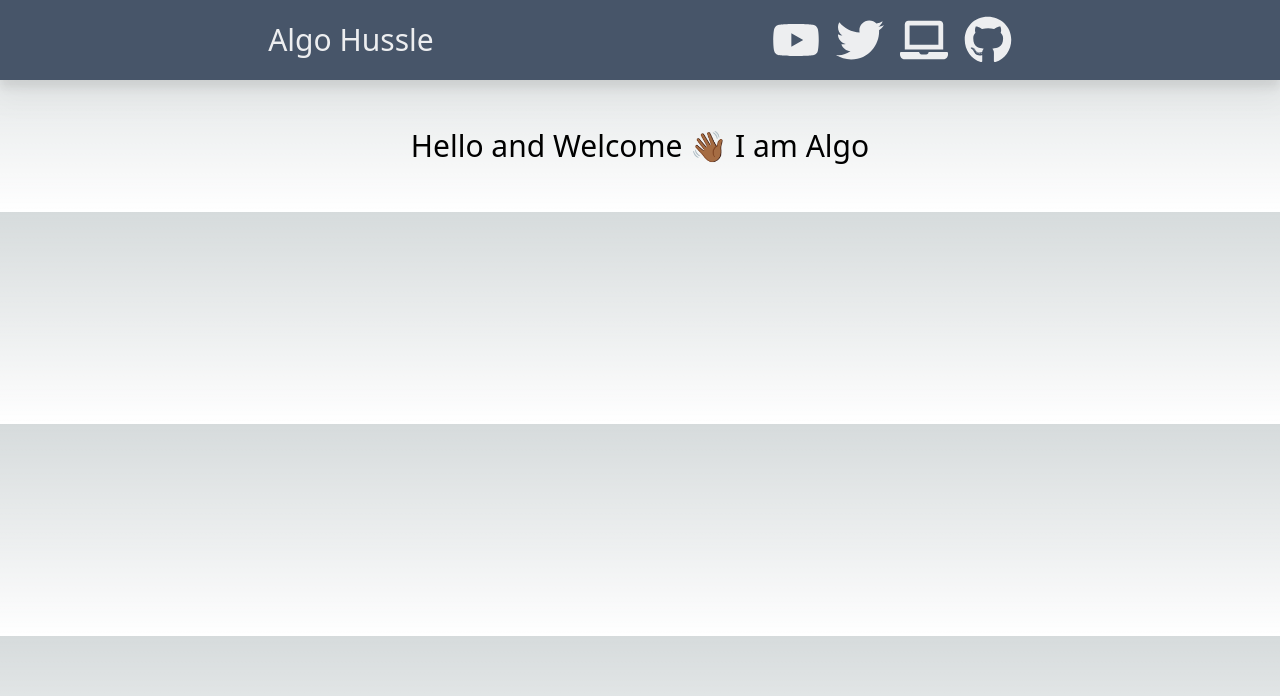
Repository: AlgoHussle/glob-alog
Page: /
An editor plug-in stored every save of this project. The page is shown before and after a run of saves, followed by the edit.
The browser window is 1280 px wide. The pictures show the whole page.
The project was rebuilt for these pictures with package versions that can differ from the ones it lists, and the page was loaded fresh each time. The framework's server and built-in components were replaced by stand-ins that run in the browser. Also part of the build but not shown: next.config.js.

Above is the page before, as saved 2023-05-04 13:53:10.

After the next 2 saves:
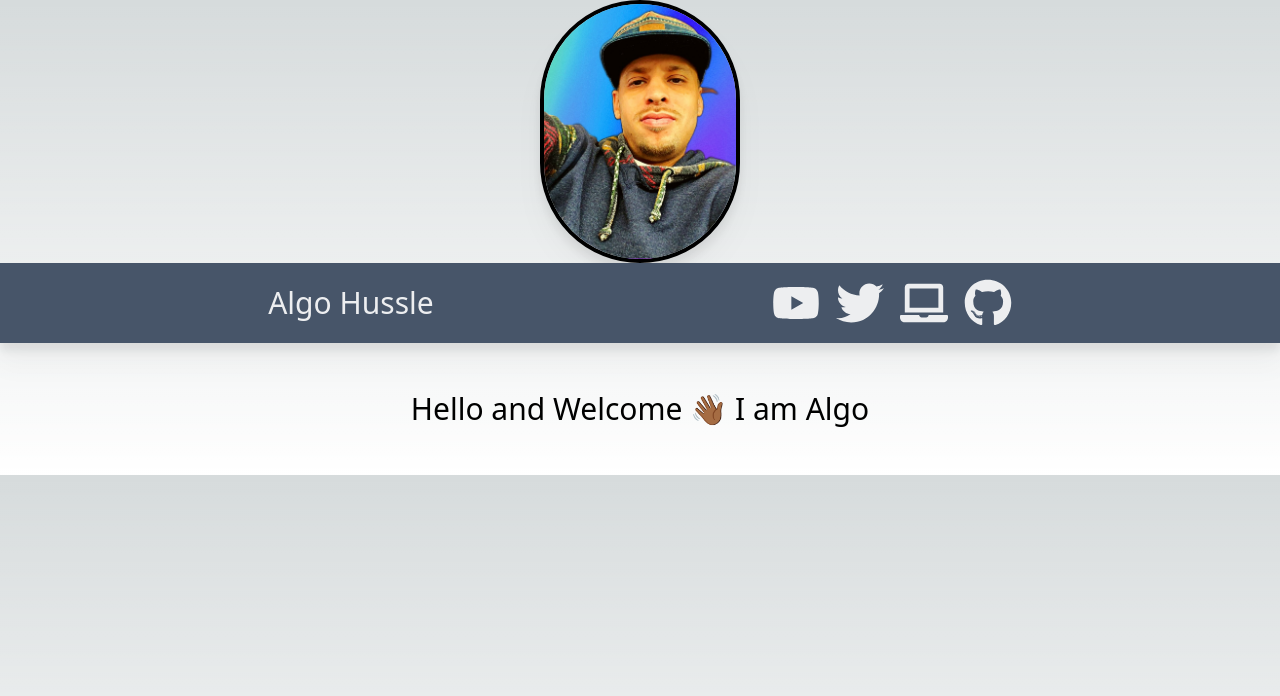
The 2 saves are shown as one change because they came seconds apart.
The last was saved 9 s later.
--- a/app/layout.tsx
+++ b/app/layout.tsx
@@ -16,6 +16,7 @@ export default function RootLayout({
   return (
     <html lang="en">
       <body className="dark:bg-slate-800">
+        <MyProfilePic />
         <NavBar />
         {children}
       </body>
